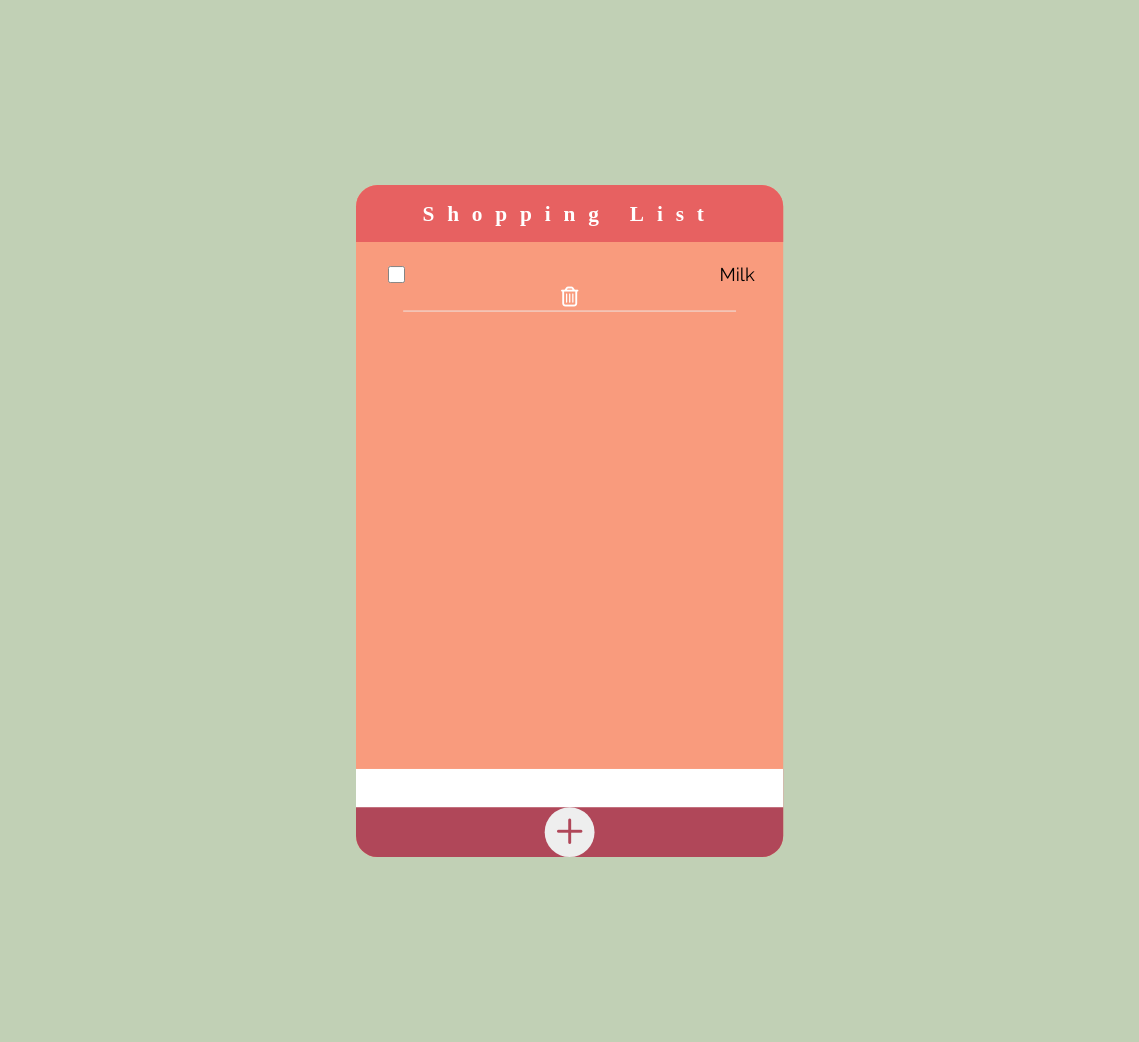
Repository: sephinejo/shopping-list-app
Page: index.html
An editor plug-in stored every save of this project. The page is shown before and after the next save, followed by the edit.
The browser window is 1280 px wide. The pictures show the whole page, at 89% of full size.
Some web fonts or font styles are not loaded; a fallback is used. Some web libraries are served in a nearby version.

Above is the page before, as saved 2023-05-12 17:09:27.

After the next save:
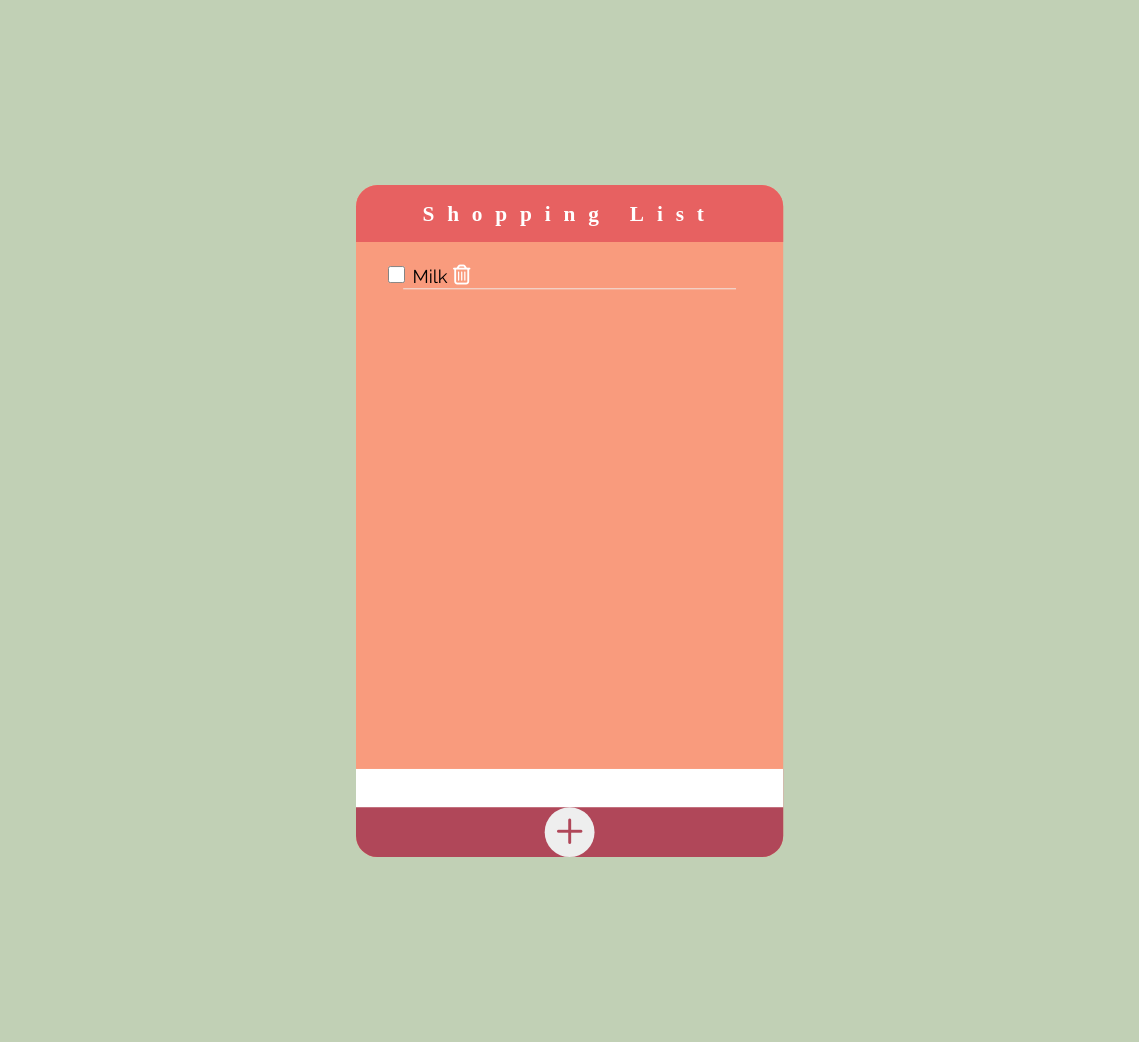
Saved 34 s later.
--- a/style.css
+++ b/style.css
@@ -54,9 +54,8 @@ Items
   font-weight: 500;
 }
 
-.item__name {
+.item {
   display: flex;
-  justify-content: space-between;
 }
 
 .item__checkbox {
